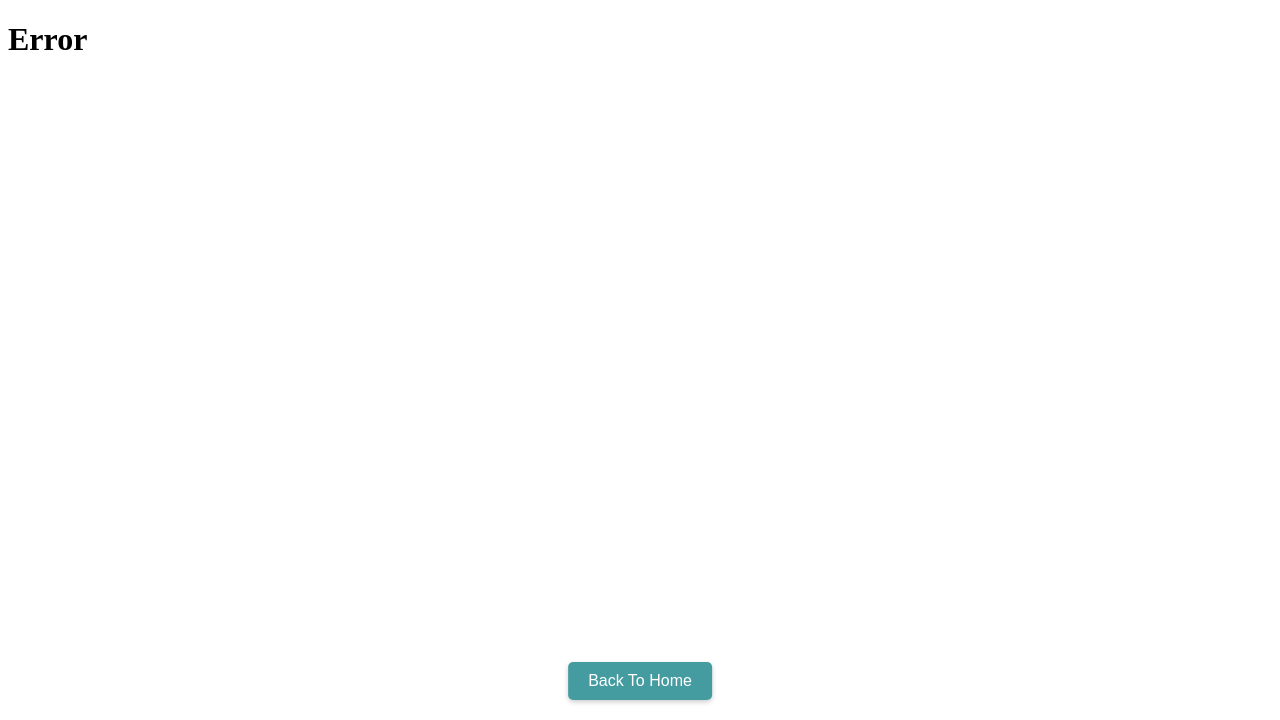
Repository: zilxhasu/eeit94-topic2
Page: http://localhost/topic2/jsp/fitness/error.jsp
These files come from the project's save history. The page is drawn as it stood at one moment and after the next save; the edit follows.
The browser window is 1280 px wide. The pictures show the whole page.
The page is served by Tomcat 10. Other server files are loaded and not shown.

Above is the page before, as saved 2025-02-23 15:28:35.

### topic2/src/main/webapp/jsp/fitness/error.jsp
<%@ page language="java" contentType="text/html; charset=UTF-8" pageEncoding="UTF-8"%>
<!DOCTYPE html>
<html lang="en">
<head>
    <meta charset="UTF-8">
    <meta name="viewport" content="width=device-width, initial-scale=1.0">
    <style type="text/css">
            /* 返回主畫面的按鈕樣式 */
        .back-button {
            padding: 10px 20px;
            background-color: #459CA0;
            color: white;
            border: none;
            border-radius: 5px;
            cursor: pointer;
            font-size: 16px;
            position: fixed;
            bottom: 20px;
            left: 50%;
            transform: translateX(-50%);
            box-shadow: 0 2px 5px rgba(0, 0, 0, 0.2);
        }

        .back-button:hover {
            background-color: shyblue;
        }</style>
    <title>Error</title>
</head>
<body>
    <h1>Error</h1>
    <p>${errorMessage}</p>

<button class="back-button" onclick="window.location.href='../../jsp/fitness/index.jsp'">Back To Home</button>


</body>
</html>

After the next save:
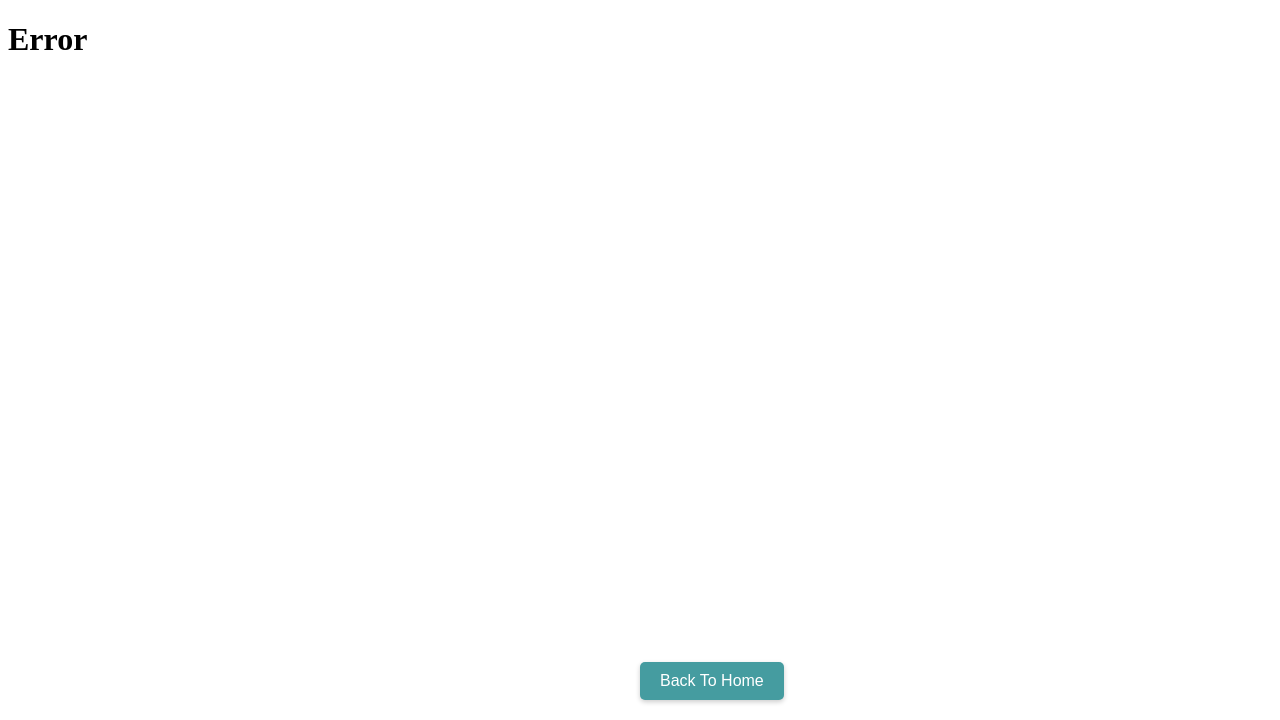
Saved 43 s later.
--- a/topic2/src/main/webapp/jsp/fitness/error.jsp
+++ b/topic2/src/main/webapp/jsp/fitness/error.jsp
@@ -17,7 +17,6 @@
             position: fixed;
             bottom: 20px;
             left: 50%;
-            transform: translateX(-50%);
             box-shadow: 0 2px 5px rgba(0, 0, 0, 0.2);
         }
 

After the save that followed:
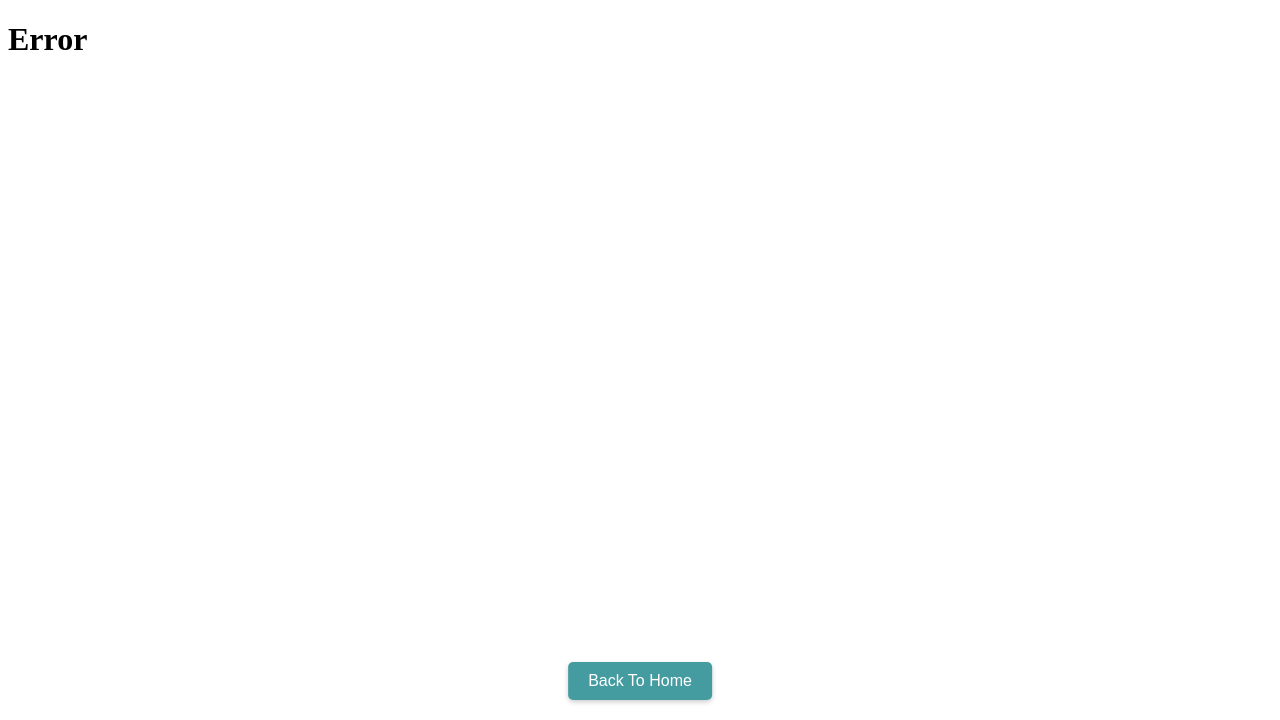
Saved 7 s later.
--- a/topic2/src/main/webapp/jsp/fitness/error.jsp
+++ b/topic2/src/main/webapp/jsp/fitness/error.jsp
@@ -17,6 +17,7 @@
             position: fixed;
             bottom: 20px;
             left: 50%;
+            transform: translateX(-50%);
             box-shadow: 0 2px 5px rgba(0, 0, 0, 0.2);
         }
 
